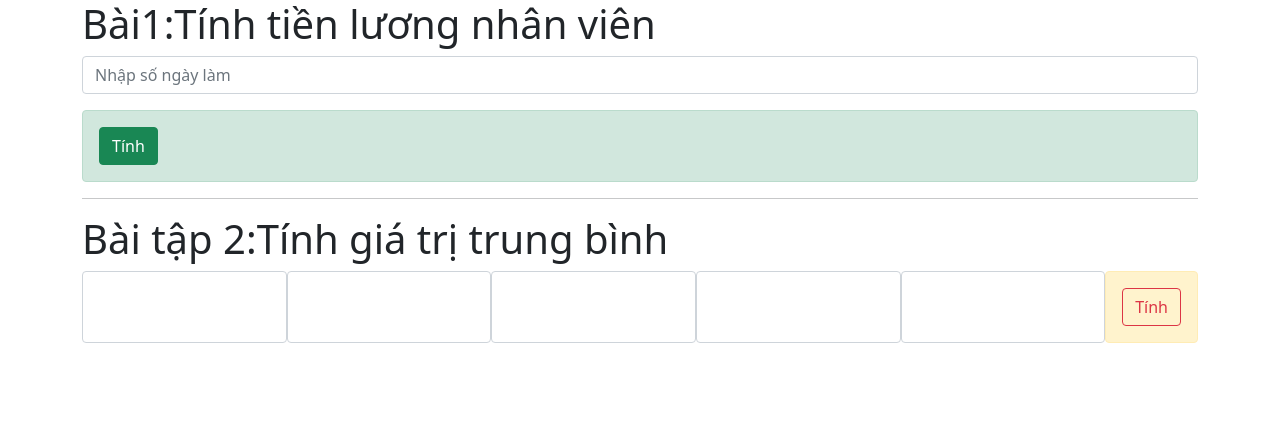
Repository: qkhanh1104k/Js-buoi2-3_giaodienbuoi1
Page: index.html
The author's editor kept a copy of each file at every save. The page is drawn from the files as they stood at one save, then again after the next save.
The browser window is 1280 px wide. The pictures show the whole page.

Above is the page before, as saved 2022-07-21 10:29:54.

After the next save:
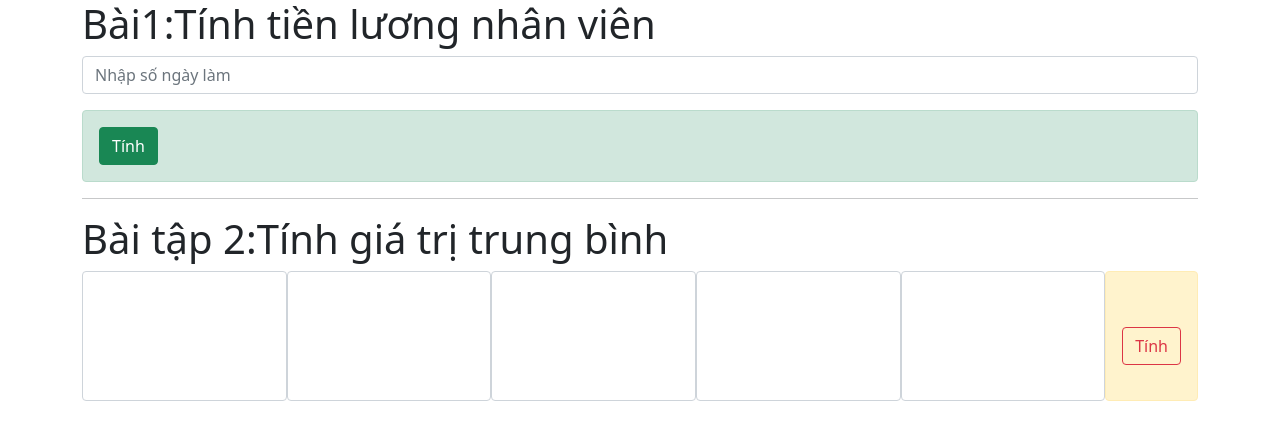
Saved 42 s later.
--- a/index.html
+++ b/index.html
@@ -34,7 +34,7 @@
         <input type="text" id="txtNum3Bt2" class="form-control mb-3" />
         <input type="text" id="txtNum4Bt2" class="form-control mb-3" />
         <input type="text" id="txtNum5Bt2" class="form-control mb-3" />
-        <div class="alert alert-warning" id="resBt2">
+        <div class="alert alert-warning display-1" id="resBt2">
           <button class="btn btn-outline-danger" onclick="calcAvarage5()">
             Tính
           </button>

After the save that followed:
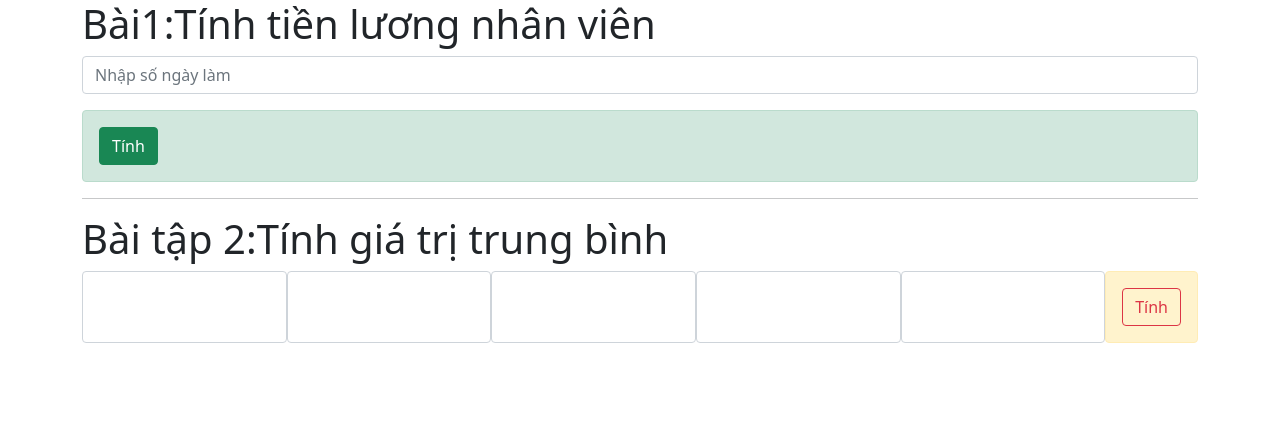
Saved 62 s later.
--- a/index.html
+++ b/index.html
@@ -34,7 +34,7 @@
         <input type="text" id="txtNum3Bt2" class="form-control mb-3" />
         <input type="text" id="txtNum4Bt2" class="form-control mb-3" />
         <input type="text" id="txtNum5Bt2" class="form-control mb-3" />
-        <div class="alert alert-warning display-1" id="resBt2">
+        <div class="alert alert-warning" id="resBt2">
           <button class="btn btn-outline-danger" onclick="calcAvarage5()">
             Tính
           </button>
